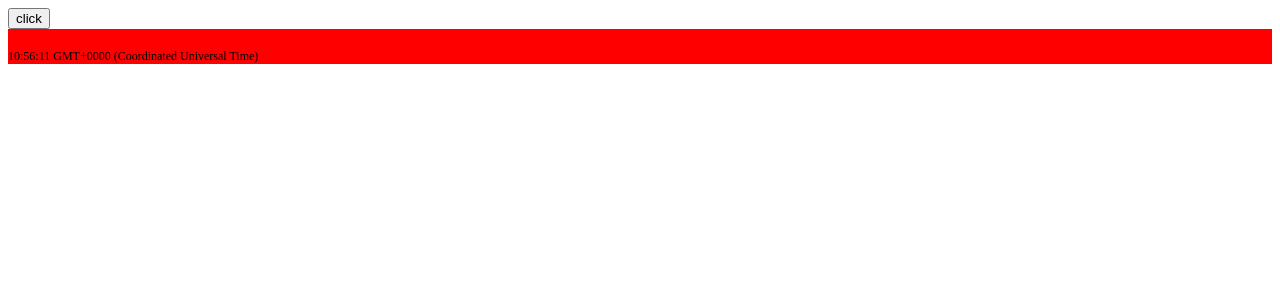
Repository: 572031690/newvue
Page: 学习demo/test.html
An editor plug-in stored every save of this project. The page is shown before and after the next save, followed by the edit.
The browser window is 1280 px wide. The pictures show the whole page.

Above is the page before, as saved 2021-08-10 16:09:53.

### 学习demo/test.html
<!DOCTYPE html>
<html>
	<head>
		<meta charset="utf-8">
		<title>常量</title>
        <script src="https://cdn.jsdelivr.net/npm/vue@2/dist/vue.js"></script>
	</head>
	<body>
        <div id="box">
           <button @click="handlecheck()">click</button>

            <!-- <ul> -->
                <!-- transition-group会实例化成tag里的标签 默认是span
                齐还需要里面的组件设置key值-->
                <transition name='ddd'>
                    <div class="ddd1" v-show='show'>123
                        <div>156</div>
                    </div>
                </transition>

            <!-- </ul> -->
            <div style="background-color: red;">
              <div style="border: 1px solid black;width: 100px;float: left;opacity: 0;">加油中国</div>
              <!-- <div style="border: 1px solid black;width: 600px;">底部栏</div> -->
              <div style="clear:both;">{{getData()}}</div>
            </div>

        </div>

		<script type="text/javascript">
			var vm =new Vue({
                el:"#box",//vue渲染开始的地方
                data:{
                        list : [],
                        text:'',
                        show:false,


                },//状态
                methods: {
                    handlecheck(){
                        this.show = !this.show
                    },
                    del(key){

                    },
                    getData() {
                      const unixTimeZero = new Date().toTimeString()
                      let CurrentDate = new Date()
                      return unixTimeZero
                    }
                },
            })
		</script>
        <style>
            .ddd1{
                width: 6.25rem;
                height: 6.25rem;
                background: #000;
                overflow: hidden;
                color:red;
            }

            .ddd-enter-active, .ddd-leave-active{
                transition:  height 1.5s;
            }
            .ddd-enter,.ddd-leave-to{
                height: 0;
            }


        </style>
        <script src="./lib/rem自适应大小/flexible.js"></script>
	</body>
</html>

### 学习demo/lib/rem自适应大小/flexible.js
(function flexible(window, document) {
  var docEl = document.documentElement;
  var dpr = window.devicePixelRatio || 1;

  // adjust body font size
  function setBodyFontSize() {
    if (document.body) {
      document.body.style.fontSize = 12 * dpr + "px";
    } else {
      document.addEventListener("DOMContentLoaded", setBodyFontSize);
    }
  }
  setBodyFontSize();

  // set 1rem = viewWidth / 10
  function setRemUnit() {
    var rem = docEl.clientWidth / 24;  //所以一rem等于1920/24 = 80
    docEl.style.fontSize = rem + "px";
  }

  setRemUnit();

  // reset rem unit on page resize
  window.addEventListener("resize", setRemUnit);
  window.addEventListener("pageshow", function(e) {
    if (e.persisted) {
      setRemUnit();
    }
  });

  // detect 0.5px supports
  if (dpr >= 2) {
    var fakeBody = document.createElement("body");
    var testElement = document.createElement("div");
    testElement.style.border = ".5px solid transparent";
    fakeBody.appendChild(testElement);
    docEl.appendChild(fakeBody);
    if (testElement.offsetHeight === 1) {
      docEl.classList.add("hairlines");
    }
    docEl.removeChild(fakeBody);
  }
})(window, document);

After the next save:
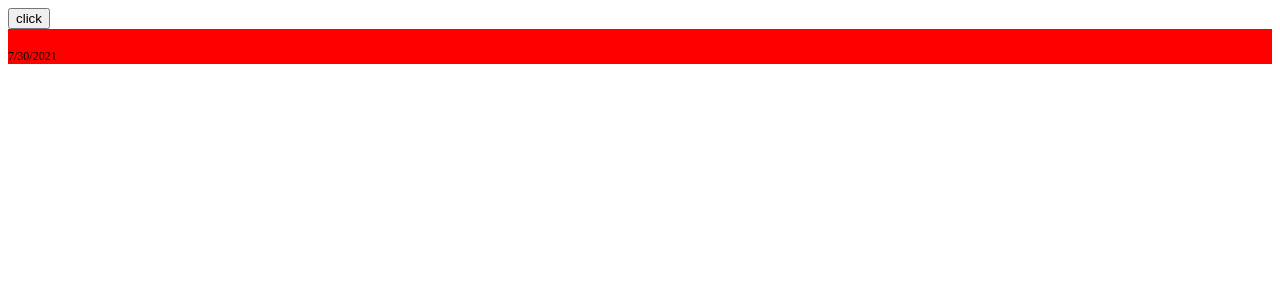
Saved 17 s later.
--- a/学习demo/test.html
+++ b/学习demo/test.html
@@ -45,7 +45,7 @@
 
                     },
                     getData() {
-                      const unixTimeZero = new Date().toTimeString()
+                      const unixTimeZero = new Date().toLocaleDateString()
                       let CurrentDate = new Date()
                       return unixTimeZero
                     }
